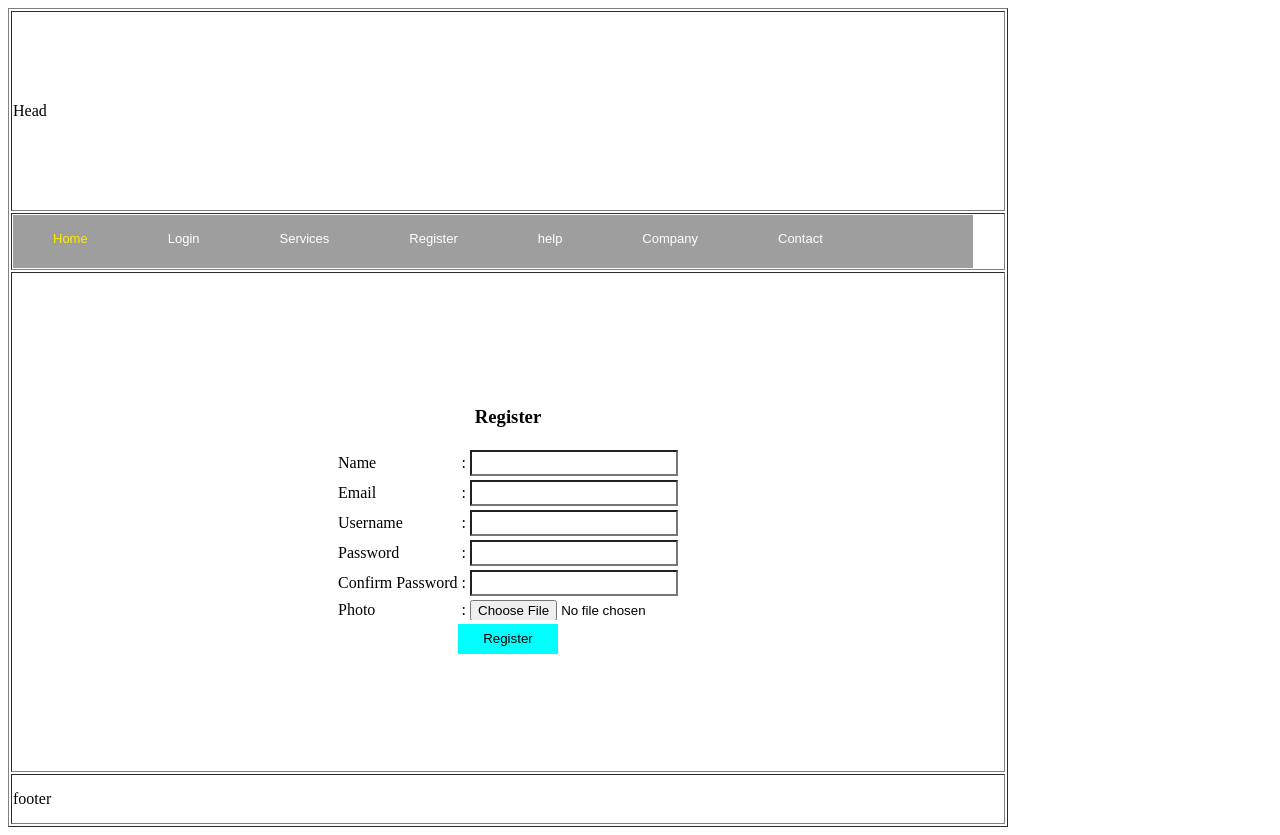
Repository: PraveenRavipati/MyWork
Page: Java/workspaces/office Java WorkScapces/works/javaTraining/WebContent/Register.html
These files come from the project's save history. The page is drawn as it stood at one moment and after the next save; the edit follows.
The browser window is 1280 px wide. The pictures show the whole page.
Pictures or frames that could not be fetched are drawn as grey boxes.

Above is the page before, as saved 2014-06-02 09:57:09.

### Java/workspaces/office Java WorkScapces/works/javaTraining/WebContent/Register.html
<!DOCTYPE html PUBLIC "-//W3C//DTD HTML 4.01 Transitional//EN" "http://www.w3.org/TR/html4/loose.dtd">
<html>
<head>
<meta http-equiv="Content-Type" content="text/html; charset=UTF-8">
<title>Insert title here</title>
<link href="style.css" rel="stylesheet" type="text/css">
<script type="text/javascript">

</script>
</head>
<body>
	<table border="1" width="1000">
		<tr height="200">
			<td>Head</td>
		</tr>
		<tr height="50">
			<td><div id="templatemo_menu">
            	<ul>
                    <li><a href="#" class="current">Home</a></li>
                    <li><a href="#">Login</a></li>
                    <li><a href="#">Services</a></li>
                    <li><a href="#">Register</a></li>
                    <li><a href="#">help</a></li>
                    <li><a href="#">Company</a></li>
                    <li><a href="#" class="last">Contact</a></li>
                </ul>
            </div></td>
		</tr>
		<tr height="500">
			<td>
			<form action="./Register" method="post" name="f1">
				<table align="center" border="0">
				<caption><h3>Register</h3></caption>
				<tr>
					<td>Name</td>
					<td>:</td>
					<td><input type="text" name="name" onblur="name();"></td>
				</tr>
				<tr>
					<td>Email</td>
					<td>:</td>
					<td><input type="text" name="email"></td>
				</tr>
				<tr>
					<td>Username</td>
					<td>:</td>
					<td><input type="text" name="uname"></td>
				</tr>
				<tr>
					<td>Password</td>
					<td>:</td>
					<td><input type="password" name="pwd"></td>
				</tr>
				<tr>
					<td>Confirm Password</td>
					<td>:</td>
					<td><input type="password" name="confipwd"></td>
				</tr>
				<tr>
					<td>Photo</td>
					<td>:</td>
					<td><input type="file" name="photo" /></td>
				</tr>
				<tr>
					<td colspan="3" align="center"><input class="submit" type="submit" value="Register"></td>
				</tr>
				</table>
				</form>
			</td>
		</tr>
		<tr height="50">
			<td>footer</td>
		</tr>
	</table>
</body>
</html>

### Java/workspaces/office Java WorkScapces/works/javaTraining/WebContent/style.css
input {
	width: 200px;
	height: 20px;
	background-color: inactivecaption;

}
.submit{
	width: 100px;
	height: 30px;
	background-color: aqua;
	border-style: hidden;
}
#templatemo_menu {
	float: left;
	width: 960px;
	height: 48px;
	background: url(./images/templatemo_menu_bg.jpg);
	padding: 5px 0 0 0;
}

#templatemo_menu ul {
	float: right;
	margin: 0px;
	padding: 0 0 0 0;
	width: 960px;
	list-style: none;
}

#templatemo_menu ul li {
	display: inline;
}

#templatemo_menu ul li a {
	float: left;
	padding: 11px 40px;
	text-align: center;
	font-size: 12px;
	text-align: center;
	text-decoration: none;
	background: url(images/templatemo_menu_divider.png) center right no-repeat;
	color: #fff;
	font-family: Arial, Helvetica, sans-serif;
	font-size: 13px;
	outline: none;
}

#templatemo_menu li a:hover, #templatemo_menu li .current {
	color: #ffeb00;
}

#templatemo_menu li .last {
	background: none;
}

After the next save:
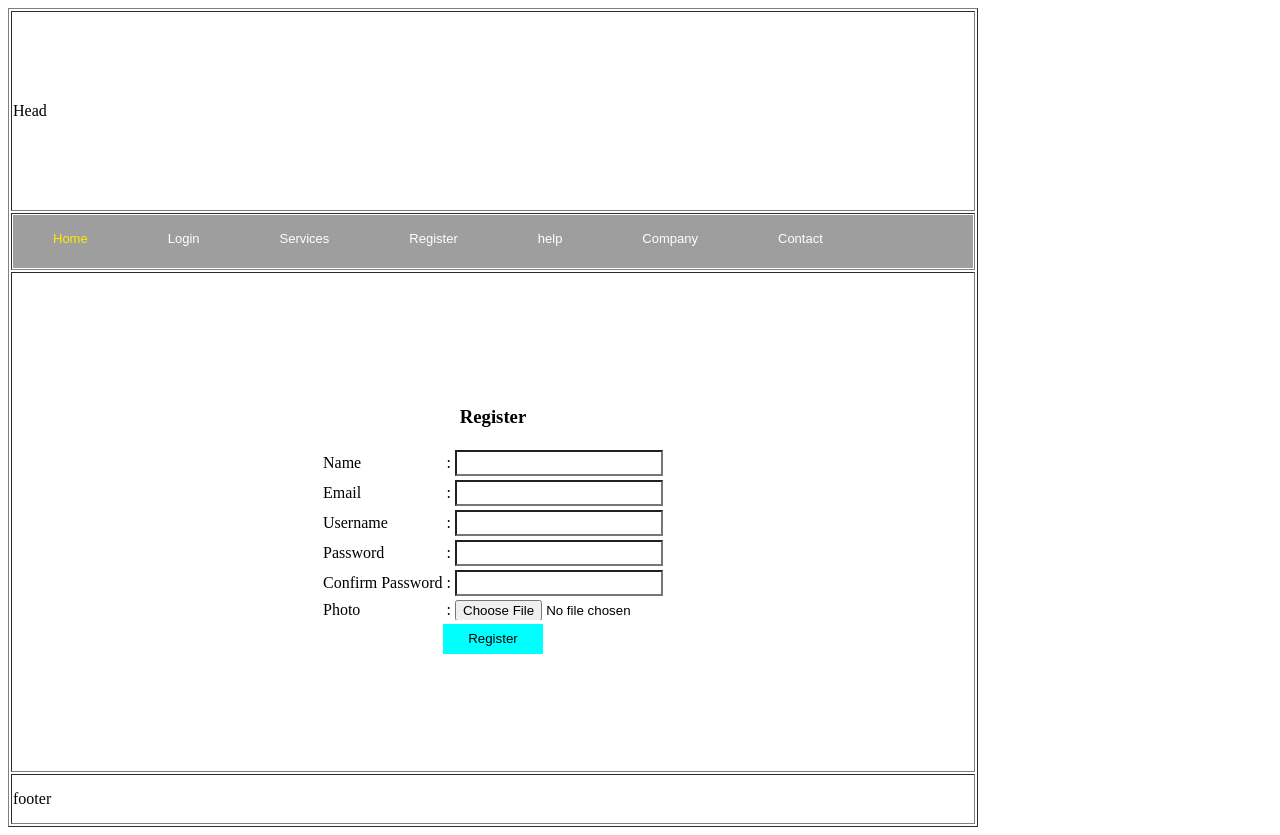
Saved 95 s later.
--- a/Java/workspaces/office Java WorkScapces/works/javaTraining/WebContent/Register.html
+++ b/Java/workspaces/office Java WorkScapces/works/javaTraining/WebContent/Register.html
@@ -9,7 +9,7 @@
 </script>
 </head>
 <body>
-	<table border="1" width="1000">
+	<table border="1" width="950">
 		<tr height="200">
 			<td>Head</td>
 		</tr>
